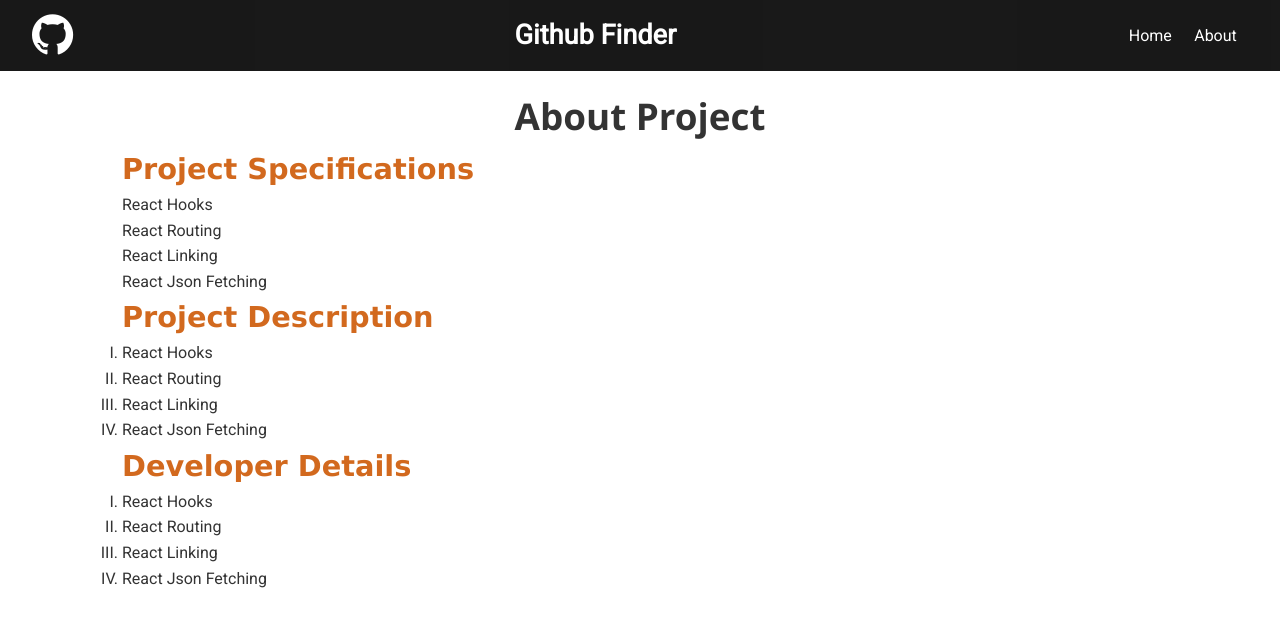
Repository: hemantsaini-7/ReactHooks-GitHub-Clone
Page: /about
These files come from the project's save history. The page is drawn as it stood at one moment and after the next save; the edit follows.
The browser window is 1280 px wide. The pictures show the whole page.
The project was rebuilt for these pictures with package versions that can differ from the ones it lists, and the page was loaded fresh each time. Also part of the build but not shown: src/components/users/UserItem.js, src/components/layout/Spinner.js, src/components/users/Users.js, src/components/repos/RepoItem.js, src/components/repos/Repos.js, src/components/users/User.js, src/components/users/Search.js, src/components/layout/Alert.js.

Above is the page before, as saved 2020-08-06 10:09:41.

After the next save:
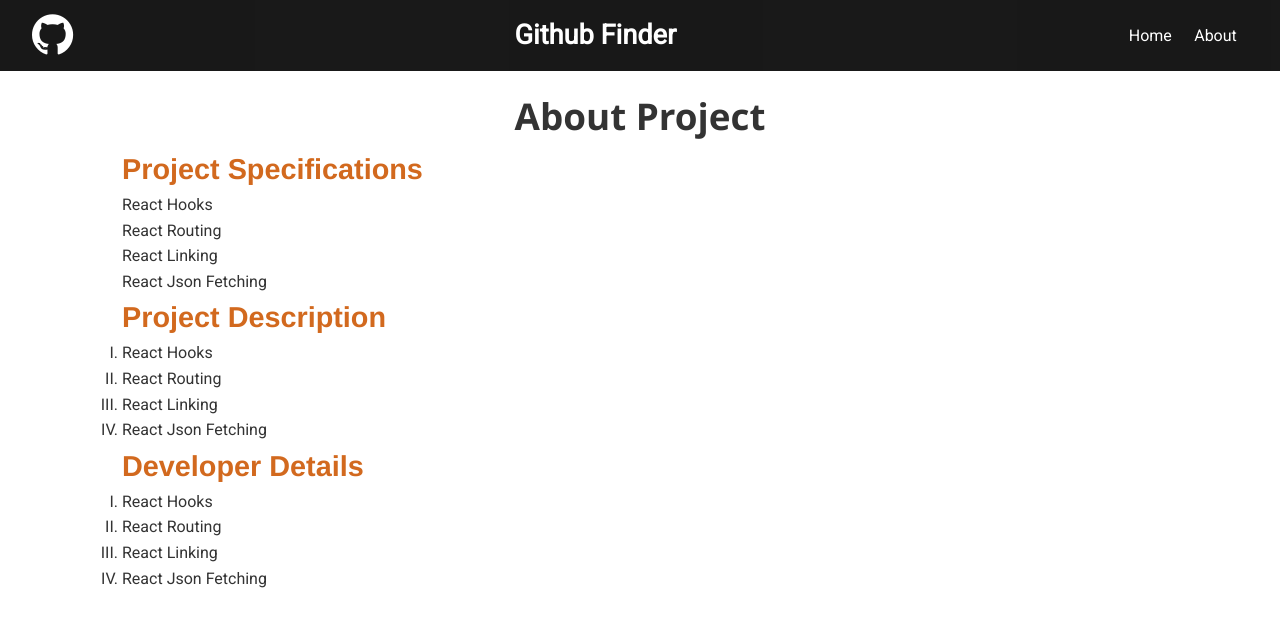
Saved 8 s later.
--- a/src/App.css
+++ b/src/App.css
@@ -400,7 +400,7 @@
   font-weight: bold;
   font-size: 1.8rem;
   color: chocolate;
-  font-family: Verdana, Geneva, Tahoma, sans-serif;
+  font-family: "Franklin Gothic Medium", "Arial Narrow", Arial, sans-serif;
 }
 /* Mobile Styles */
 @media (max-width: 700px) {
